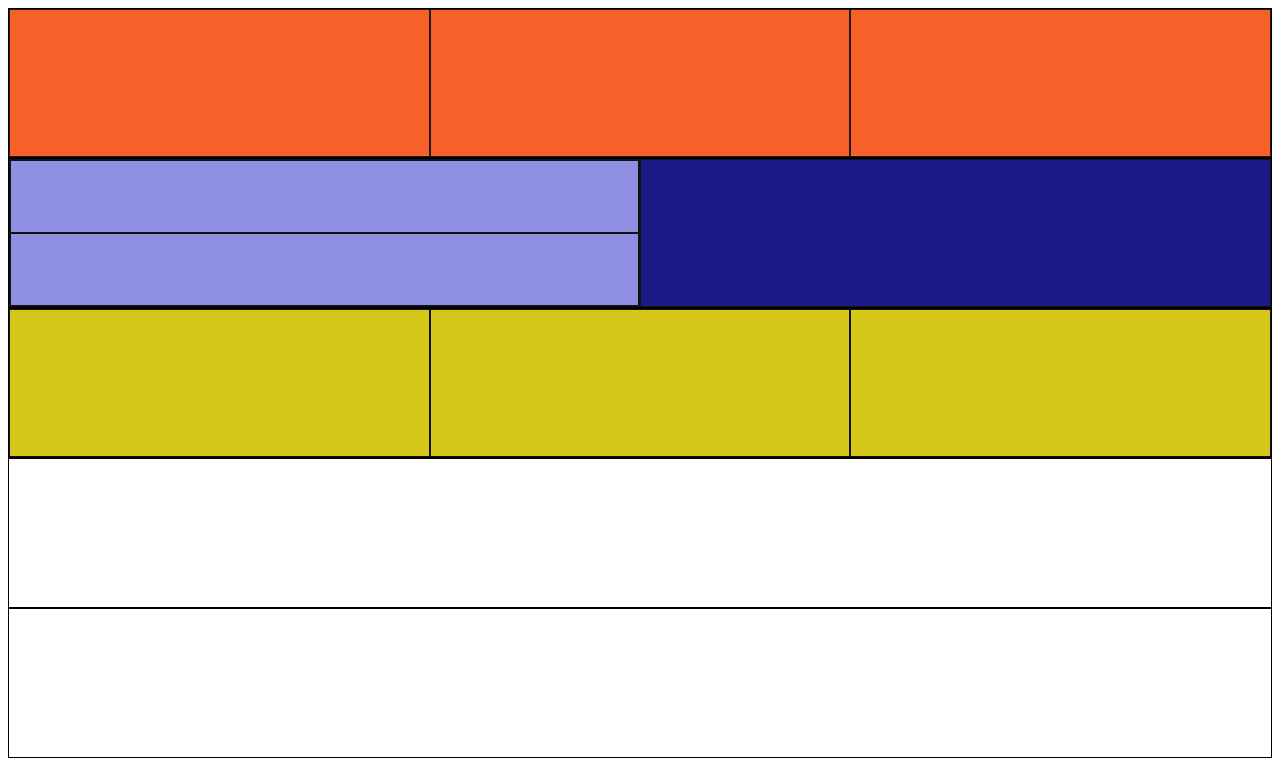
Repository: AishwaryaPandey987/PGLife
Page: home.html
An editor plug-in stored every save of this project. The page is shown before and after the next save, followed by the edit.
The browser window is 1280 px wide. The pictures show the whole page.

Above is the page before, as saved 2022-10-27 20:56:12.

### home.html
<!DOCTYPE html>
  <html>
    <head>
        <title>CSS Page</title>
         <link rel="stylesheet" href="css/style.css" />
    </head>
    <body>

      <div class="row">
        <div class="col"></div>
        <div class="col"></div>
        <div class="col"></div>
      </div>


      <div class="row">
        <div class="col2">
          <div class="row2"></div>
          <div class="row2"></div>
        </div>
        <div class="col2"></div>
      </div>


      <div class=" row">
        <div class="col3"></div>
        <div class="col3"></div>
        <div class="col3"></div>
      </div>


      <div class="row"></div>

      <div class="row"></div>
    </body>
  </html>

### css/style.css
* {
  box-sizing: border-box;
}

.row{

  border:  1px solid black;
 height: 150px;
 font-size: 0px;
}

.col{
  border: 1px solid rgb(31, 27, 28);
  display: inline-block;
  height: 100%;
  width: 33.33%;
background-color: rgb(247, 96, 41);

}
.col2{
  border: 1px solid rgb(19, 18, 18);
  display: inline-block;
  height: 100%;
  width: 50%;
  background-color: rgb(27, 27, 136);
}
.row2{
  border: 1px solid rgb(19, 18, 18);
  display: block;
  height: 50%;
  width: 100%;
  background-color: rgb(143, 143, 227);
}

.col3{
  border: 1px solid rgb(19, 18, 18);
  display: inline-block;
  height: 100%;
  width: 33.33%;
  background-color: rgb(214, 198, 25);
}

After the next save:
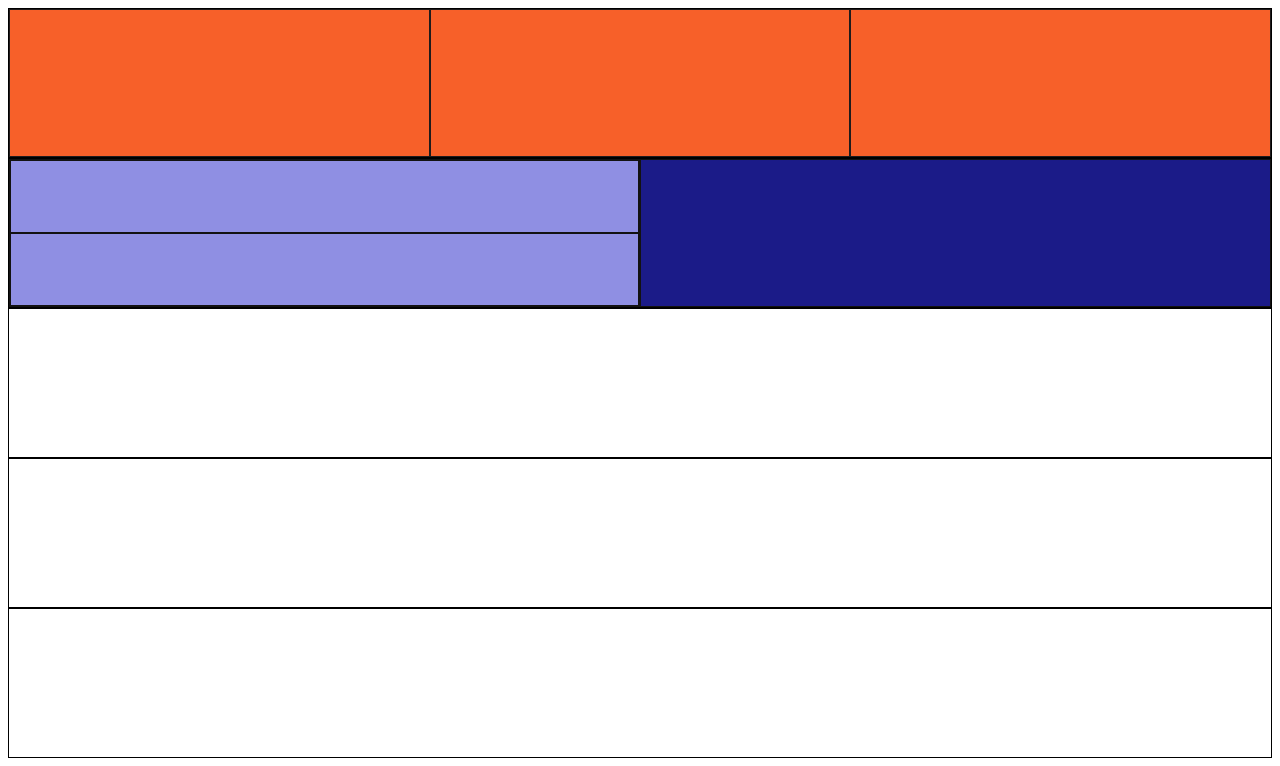
Saved 3 min 55 s later.
--- a/home.html
+++ b/home.html
@@ -23,9 +23,9 @@
 
 
       <div class=" row">
-        <div class="col3"></div>
-        <div class="col3"></div>
-        <div class="col3"></div>
+        <div class="box1"></div>
+        <div class="box2"></div>
+        <div class="box3"></div>
       </div>
 
 
